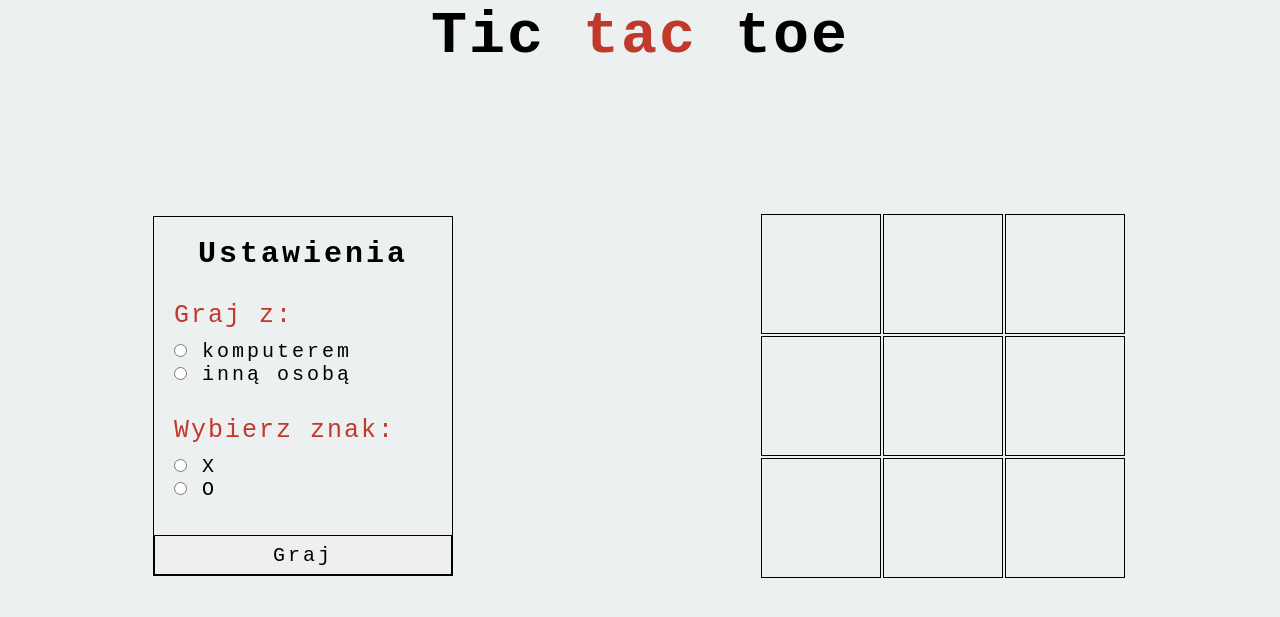
Repository: SebastianArmata22/Tic-Tac-Toe
Page: index.html
These files come from the project's save history. The page is drawn as it stood at one moment and after the next save; the edit follows.
The browser window is 1280 px wide. The pictures show the whole page.
Some web fonts or font styles are not loaded; a fallback is used.

Above is the page before, as saved 2020-11-04 12:08:28.

After the next save:
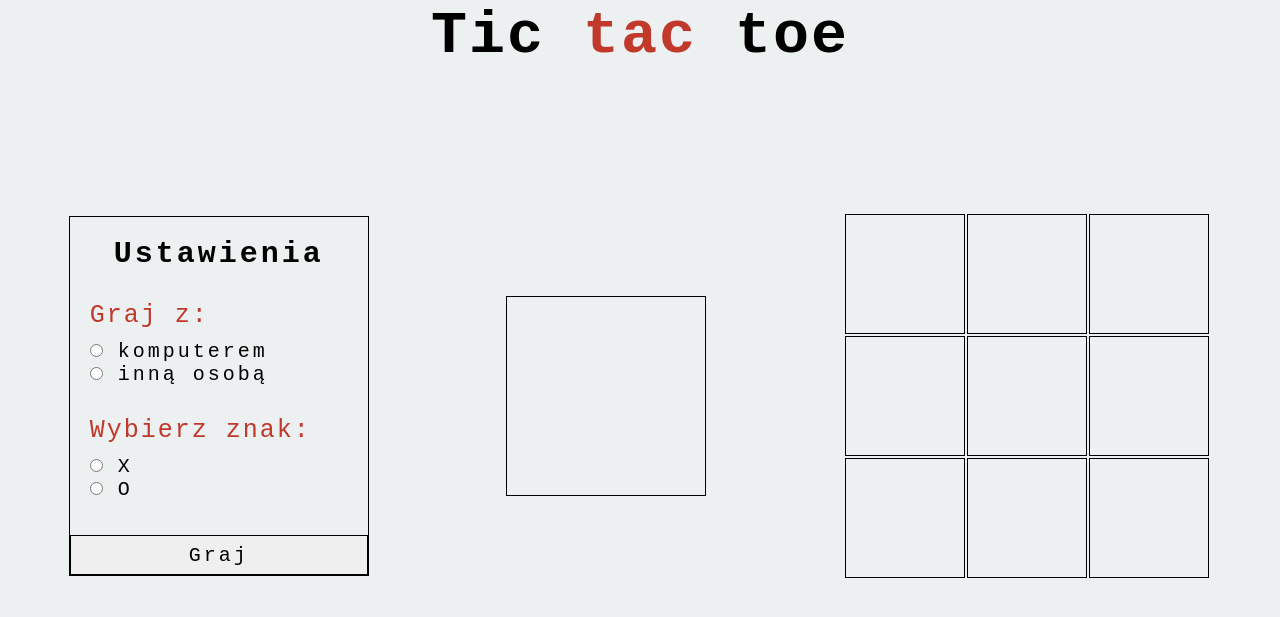
Saved 91 s later.
--- a/index.html
+++ b/index.html
@@ -28,6 +28,7 @@
                 </div>
                 <button class="game-btn" onclick="start()">Graj</button>
             </div>
+            <div class="help-div"></div>
             <div class="tic-tac-toe-div">
                 <table>
                     <tr>
--- a/style.css
+++ b/style.css
@@ -87,3 +87,8 @@ transition: all 0.5s ease-out;
     font-size: 20px;
     letter-spacing: 3px;
 }
+.help-div{
+    width: 200px;
+    height: 200px;
+    border: 1px solid black;
+}
